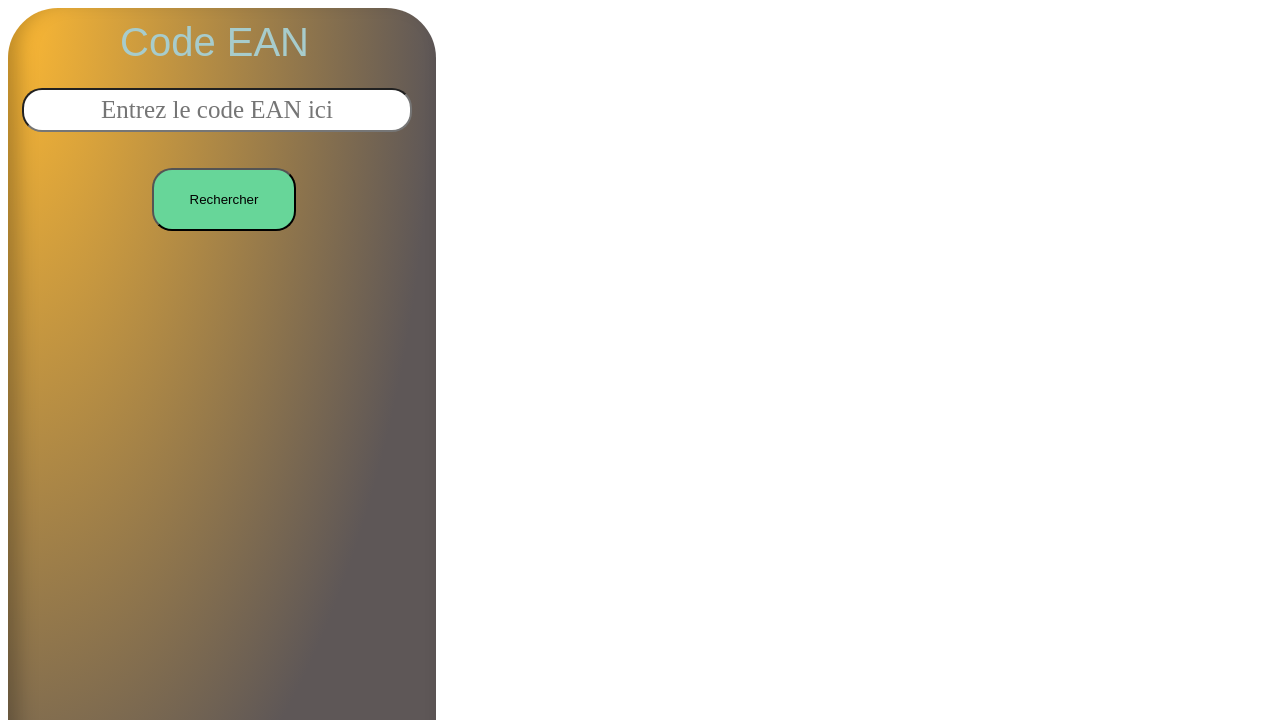
Repository: Zouz01/exo-toucan
Page: index.html
The author's editor kept a copy of each file at every save. The page is drawn from the files as they stood at one save, then again after the next save.
The browser window is 1280 px wide. The pictures show the whole page.

Above is the page before, as saved 2023-09-21 11:55:23.

After the next save:
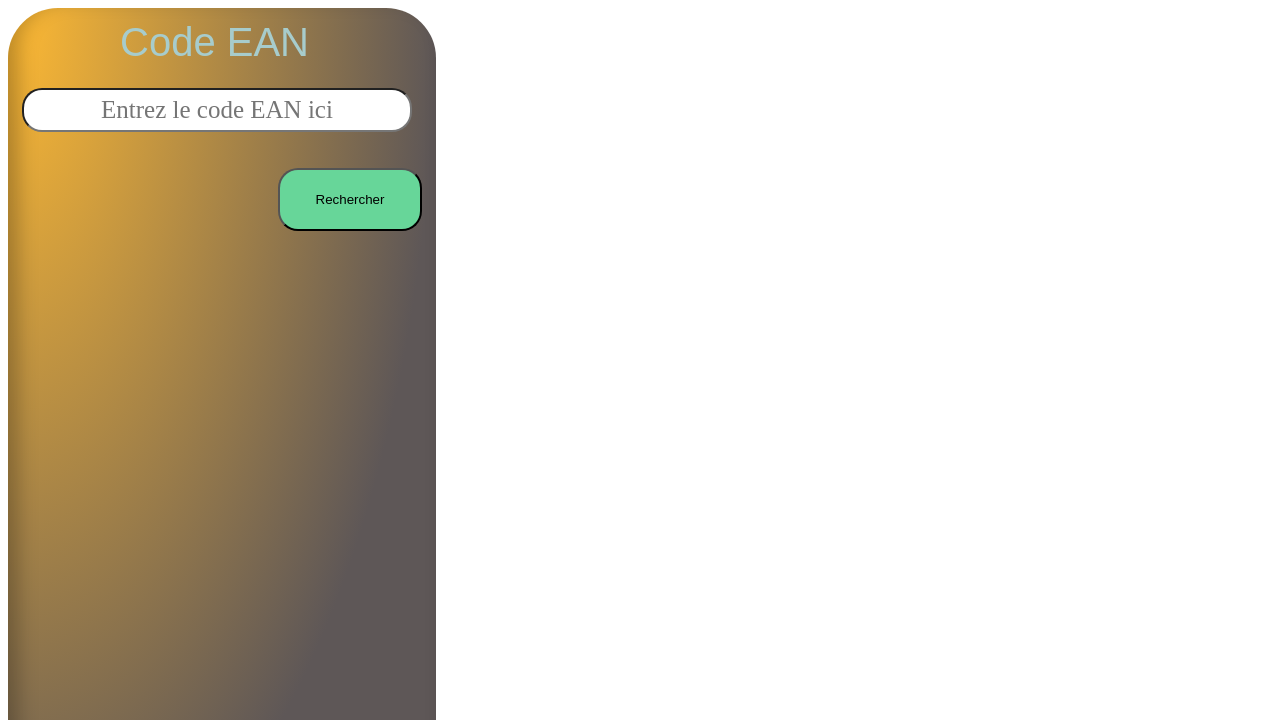
Saved 4 s later.
--- a/main.css
+++ b/main.css
@@ -83,7 +83,7 @@
   background-color: #67d699;
     top: 160px;
     border-radius: 20px;
-    right: 140px;
+    right: 14px;
 
 
 

After the save that followed:
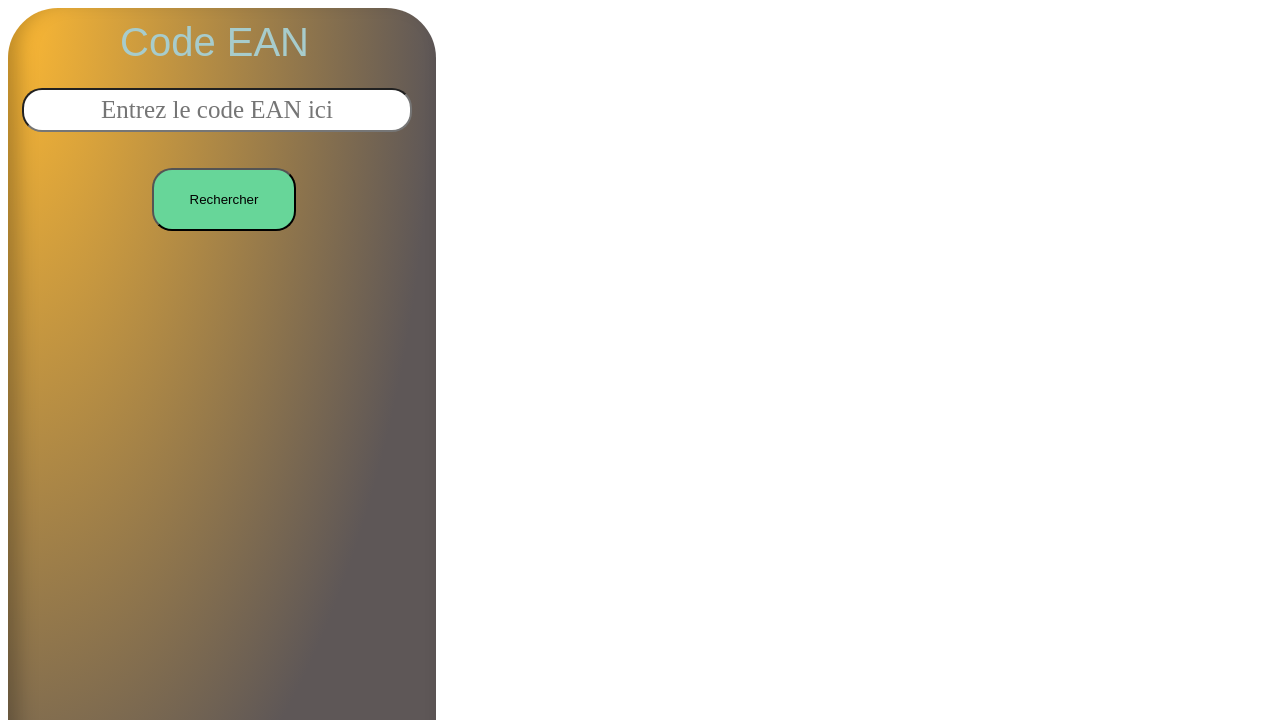
Saved 7 s later.
--- a/main.css
+++ b/main.css
@@ -83,7 +83,7 @@
   background-color: #67d699;
     top: 160px;
     border-radius: 20px;
-    right: 14px;
+    right: 140px;
 
 
 
